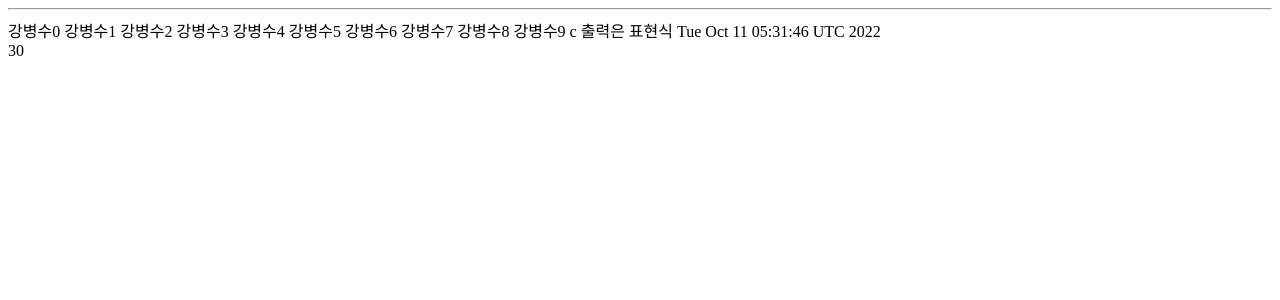
Repository: Rua1006/JSP
Page: http://localhost/practice01/
These files come from the project's save history. The page is drawn as it stood at one moment and after the next save; the edit follows.
The browser window is 1280 px wide. The pictures show the whole page.
The page is served by Tomcat 9. Other server files are loaded and not shown.

Above is the page before, as saved 2022-10-11 06:00:06.

### practice01/WebContent/index.jsp
<%@ page language="java" contentType="text/html; charset=UTF-8"
    pageEncoding="UTF-8"%>
<%@ page import="java.util.Date" %>
<!DOCTYPE html>
<html>
<head>
<meta charset="UTF-8">
<title>웹 문서 테스트</title>
</head>
<body>
<%!
	//선언문  - 객체, 변수, 메소드 선언시
	int a = 20;
	int b = 30;
	Date now = new Date();
%>
<hr>
<%
	//처리 구문 -> 스크립트릿(scriptlet) : 자바코드
	int c;
	String name = "강병수";
	if(a>b){
		c = a;
	}else{
		c = b;
	}
	for(int d=0; d<10; d++){
		out.println(name+d);
	}
	out.println("c 출력은 표현식");
	out.println(now);
%>
<!-- 각주 -->
<div id="result"><%=c %></div>

</body>
</html>

After the next save:
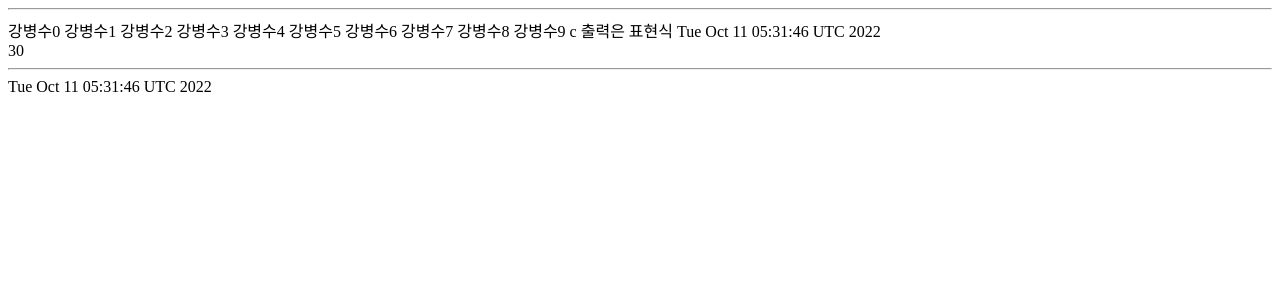
Saved 30 s later.
--- a/practice01/WebContent/index.jsp
+++ b/practice01/WebContent/index.jsp
@@ -31,7 +31,11 @@
 	out.println(now);
 %>
 <!-- 각주 -->
-<div id="result"><%=c %></div>
+<div id="result">
+<%=c %>
+<hr>
+<%=now %>
+</div>
 
 </body>
 </html>
